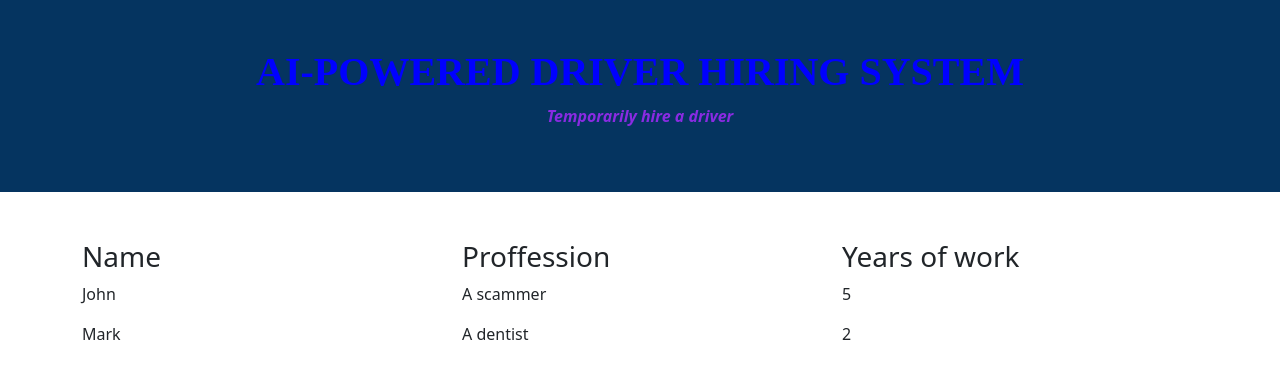
Repository: Wuda2000/AI-powered-Driver-hiring-system
Page: ONE.html
An editor plug-in stored every save of this project. The page is shown before and after the next save, followed by the edit.
The browser window is 1280 px wide. The pictures show the whole page.

Above is the page before, as saved 2024-12-23 22:36:59.

### ONE.html
<!DOCTYPE html>
<html lang="en">
<head>
  <title>Bootstrap 5 Example</title>
  <meta charset="utf-8">
  <meta name="viewport" content="width=device-width, initial-scale=1">
  <link href="https://cdn.jsdelivr.net/npm/bootstrap@5.3.3/dist/css/bootstrap.min.css" rel="stylesheet">
  <script src="https://cdn.jsdelivr.net/npm/bootstrap@5.3.3/dist/js/bootstrap.bundle.min.js"></script>
</head>
<body>


    <div class="container-fluid p-5 text-white text-center" style="background-color:rgb(5, 52, 96);">
        <h1 style="color: blue; font-family:'Times New Roman', Times, serif; " ><b>AI-POWERED DRIVER HIRING SYSTEM</b></h1>
        <p style="color: blueviolet;font-style:italic;"><b>Temporarily hire a driver</b></p>
      </div>

      <div class="container mt-5">
        <div class="row">
          <div class="col-sm-4">
            <h3>Name</h3>
            <p>John</p>
            <p>Mark</p>
          </div>
          <div class="col-sm-4">
            <h3>Proffession</h3>
            <p>A scammer</p>
            <p>A dentist</p>
          </div>
          <div class="col-sm-4">
            <h3>Years of work</h3>
            <p>5</p>
            <p>2</p>
          </div>
        </div>
      </div>
</body>
</html>

After the next save:
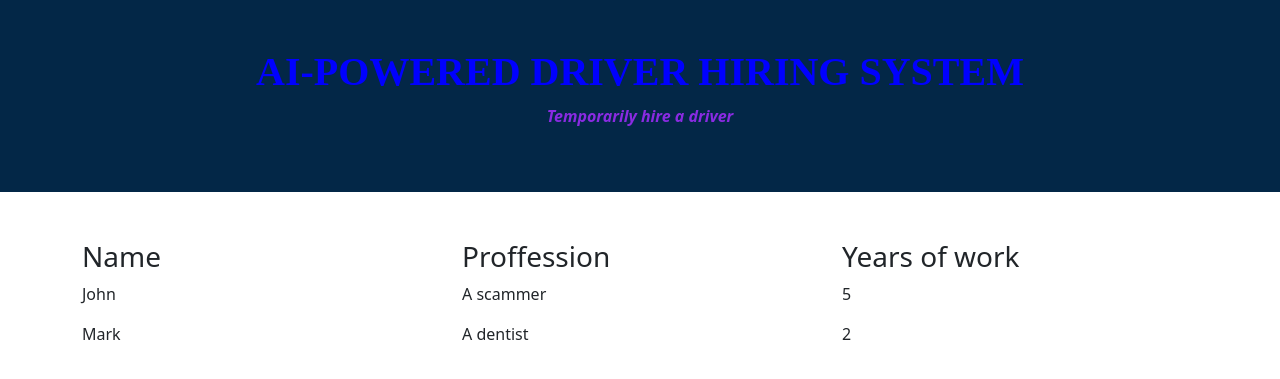
Saved 4 s later.
--- a/ONE.html
+++ b/ONE.html
@@ -10,7 +10,7 @@
 <body>
 
 
-    <div class="container-fluid p-5 text-white text-center" style="background-color:rgb(5, 52, 96);">
+    <div class="container-fluid p-5 text-white text-center" style="background-color:rgb(3, 39, 71);">
         <h1 style="color: blue; font-family:'Times New Roman', Times, serif; " ><b>AI-POWERED DRIVER HIRING SYSTEM</b></h1>
         <p style="color: blueviolet;font-style:italic;"><b>Temporarily hire a driver</b></p>
       </div>
